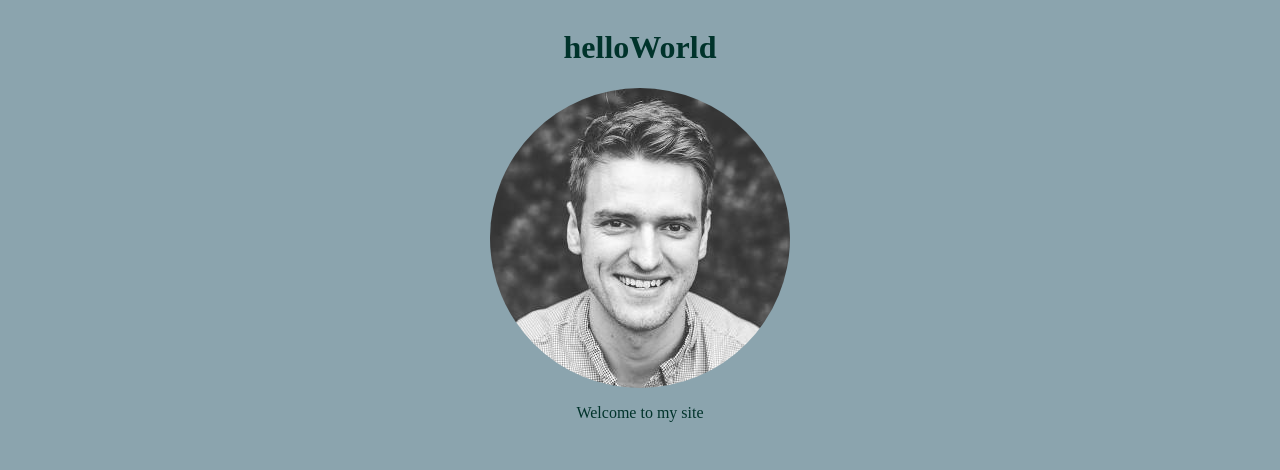
Repository: milespossing/Personal-Page
Page: index.html
These files come from the project's save history. The page is drawn as it stood at one moment and after the next save; the edit follows.
The browser window is 1280 px wide. The pictures show the whole page.

Above is the page before, as saved 2019-09-19 21:15:05.

### index.html
<head>
    <link rel="stylesheet" type="text/css" href="Styles/style.css"/>
</head>
<body>
    <div class="Site-Header">
        <h1>helloWorld</h1>
        <div>
            <img src="Images/simple-headshot.jpeg" class="Display-Picture"/>
        </div>
    </div>
    <p>Welcome to my site</p>
</body>

### Styles/style.css
body {
    display: flex;
    flex-direction: column;
    align-content: center;
    align-items: center;
    background: #8ba4ae;
    color: #00332b;
}

.site-header {
    display: flex;
    flex-direction: column;
    align-items: center;
    justify-items: right;
}

.display-picture {
    border-radius: 50%;
}

After the next save:
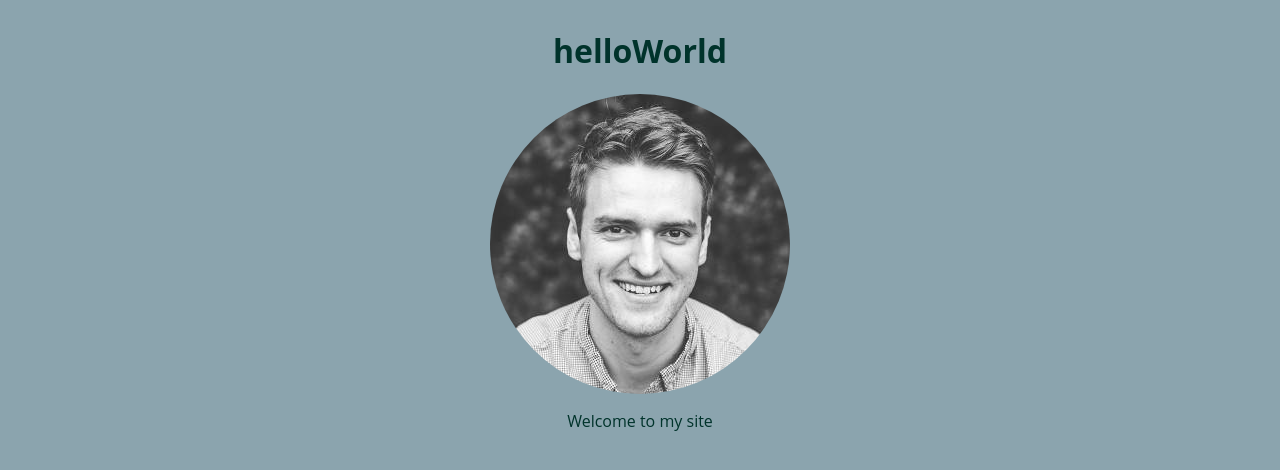
Saved 116 s later.
--- a/Styles/style.css
+++ b/Styles/style.css
@@ -5,6 +5,7 @@ body {
     align-items: center;
     background: #8ba4ae;
     color: #00332b;
+    font-family: 'Open Sans', sans-serif;
 }
 
 .site-header {
